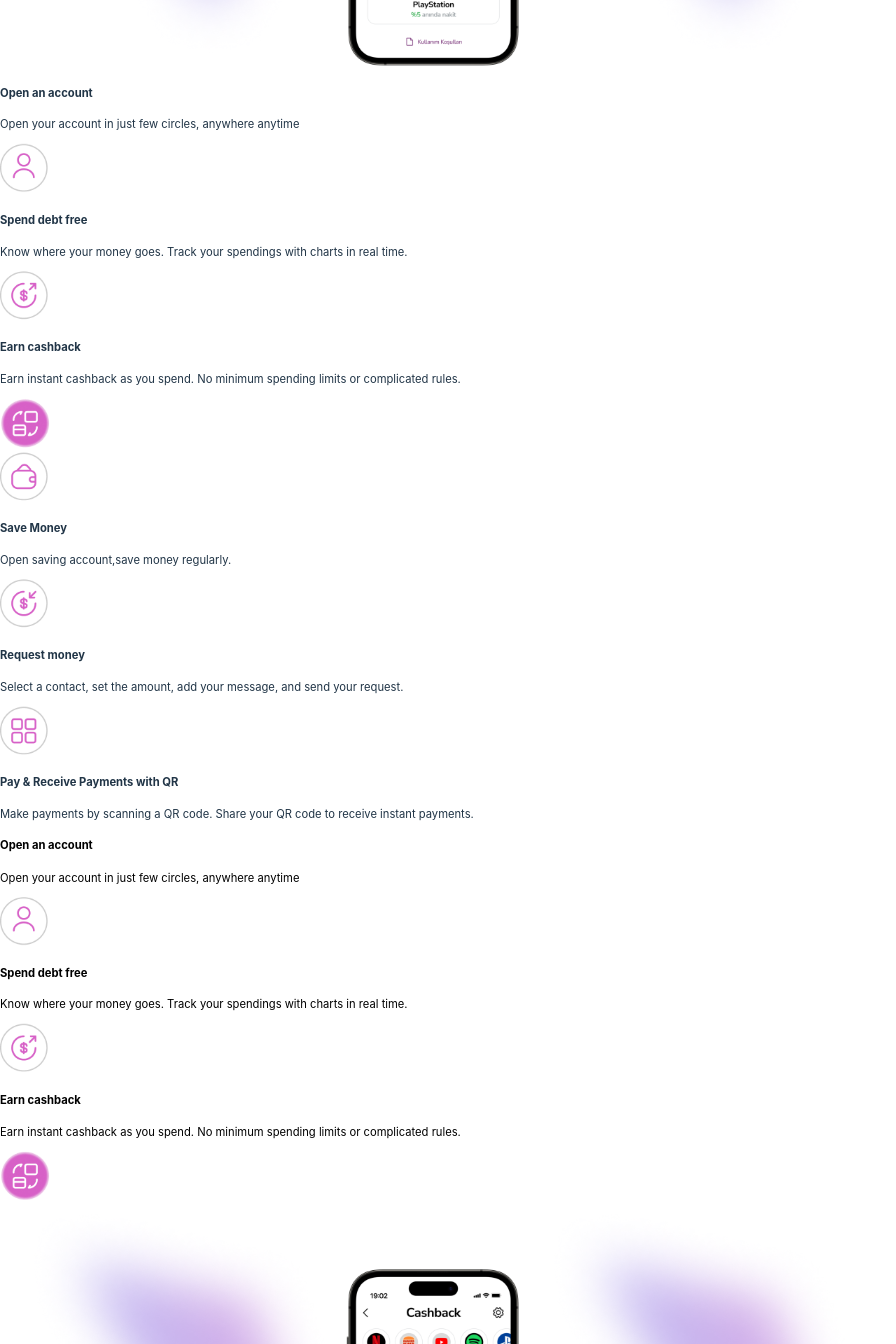
Repository: Bright-Anyawe/Figma_design
Page: /
The author's editor kept a copy of each file at every save. The page is drawn from the files as they stood at one save, then again after the next save.
The browser window is 1280 px wide. The pictures show the part of the page from y = 3978 to 5898 px (the page is 10617 px tall), at 70% of full size.
The project was rebuilt for these pictures with package versions that can differ from the ones it lists, and the page was loaded fresh each time. Also part of the build but not shown: vite.config.js, src/Styles/App.css.

Above is the page before, as saved 2024-11-08 09:17:26.

After the next save:
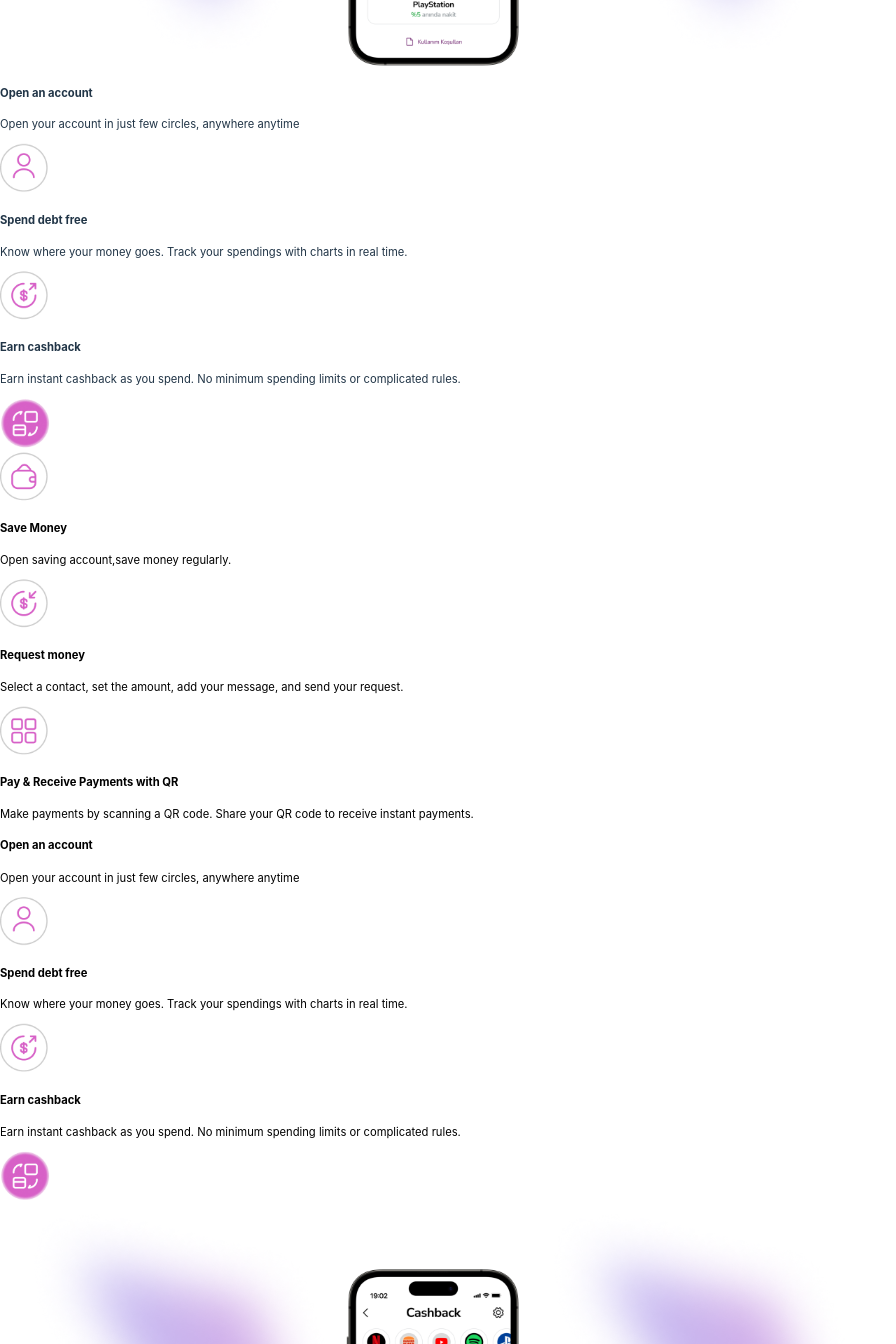
Saved 5 s later.
--- a/src/Components/Layers/AppPresentation.jsx
+++ b/src/Components/Layers/AppPresentation.jsx
@@ -84,8 +84,10 @@
                 </div>
               </div>
 
-
-              <div className="accountRightContents" >
+              <div
+                className="accountRightContents"
+                style={{ color: isBlack ? "white" : "black" }}
+              >
                 <div className="saveMoneyContainer">
                   <img src="public/Save money circle.png" alt="saveImage" />
 
